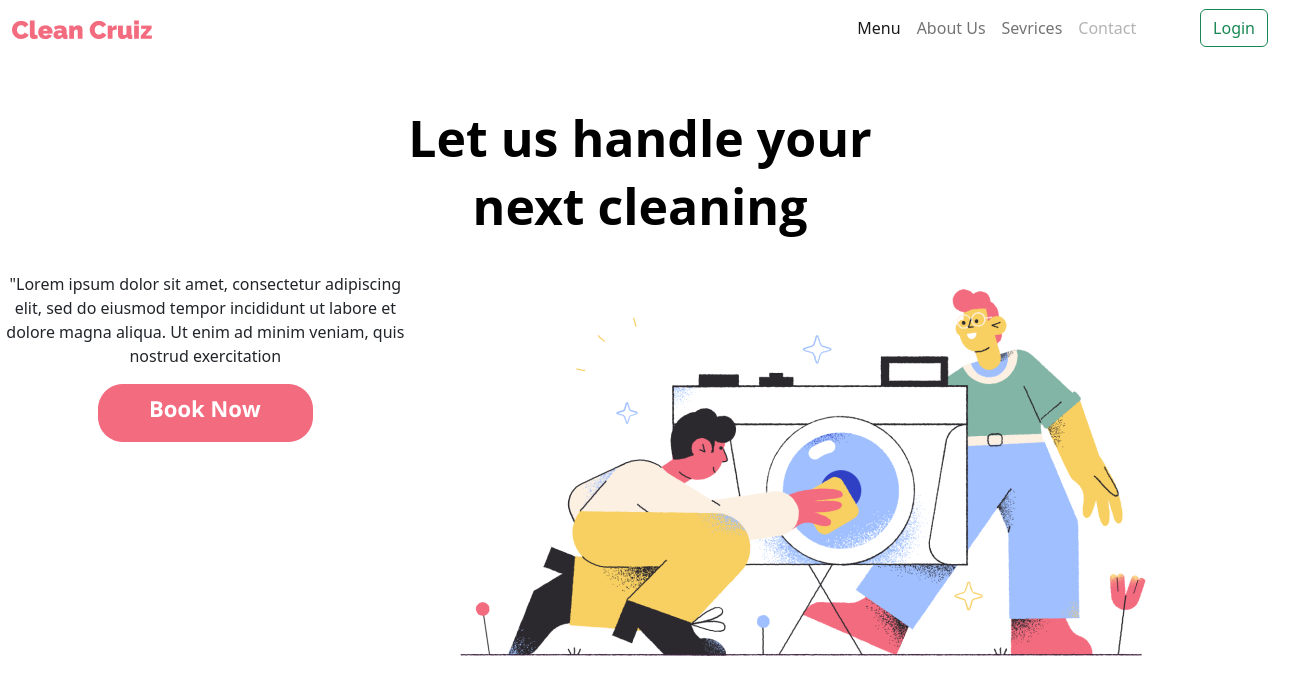
Repository: uy022/QuocUybaitapgiuaki
Page: index.html
These files come from the project's save history. The page is drawn as it stood at one moment and after the next save; the edit follows.
The browser window is 1280 px wide. The page is 1292 px wide, so the pictures cover 1292 px, including what lies to the right of the window. The pictures show the whole page.

Above is the page before, as saved 2022-08-30 23:17:43.

After the next save:
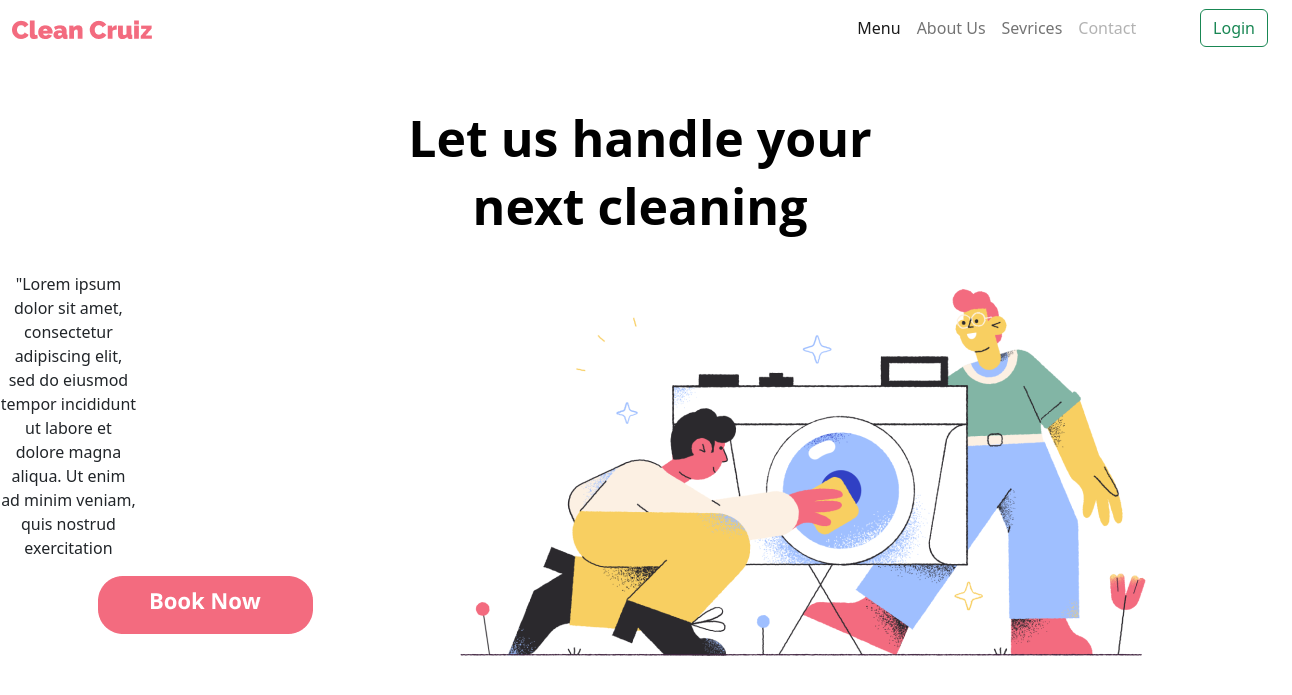
Saved 38 s later.
--- a/index.html
+++ b/index.html
@@ -48,7 +48,7 @@
               <div class="row">
                   <div class="col-4">
                       <div class="item mt-3">
-                          <p>
+                          <p class="col-4">
                             "Lorem ipsum dolor sit amet, consectetur adipiscing elit, sed do eiusmod tempor incididunt ut labore et dolore magna aliqua. Ut enim ad minim veniam, quis nostrud exercitation
                           </p>
                           <div class="md-5">
